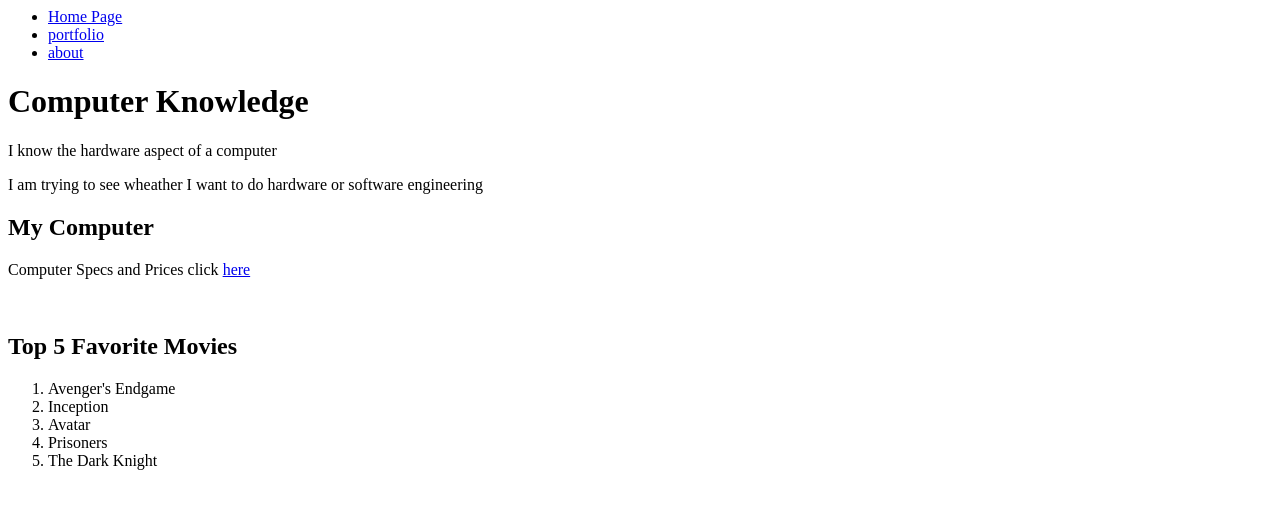
Repository: mike3245/mike3245.github.io
Page: about.html
The author's editor kept a record of every edit. The page is drawn from the files as they stood at one moment, then again after the next edit.
The browser window is 1280 px wide. The pictures show the whole page.

Above is the page before.

After the next edit:
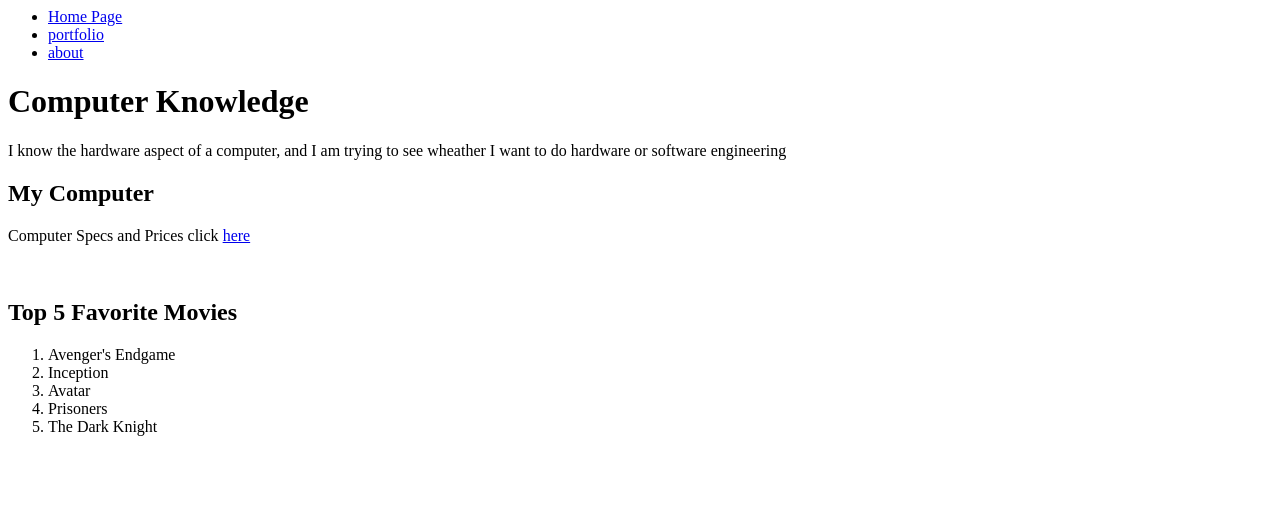
The edit:
--- a/about.html
+++ b/about.html
@@ -12,8 +12,7 @@
     </ul>
 
     <h1> Computer Knowledge</h1>
-    <p>I know the hardware aspect of a computer</p>
-    <p>I am trying to see wheather I want to do hardware or software engineering</p>
+    <p>I know the hardware aspect of a computer, and I am trying to see wheather I want to do hardware or software engineering</p>
     <h2>My Computer</h2>
     <p>Computer Specs and Prices click <a href="https://pcpartpicker.com/user/phoenixflame89/saved/F2Xb8d">here</a></p>
     <br>
